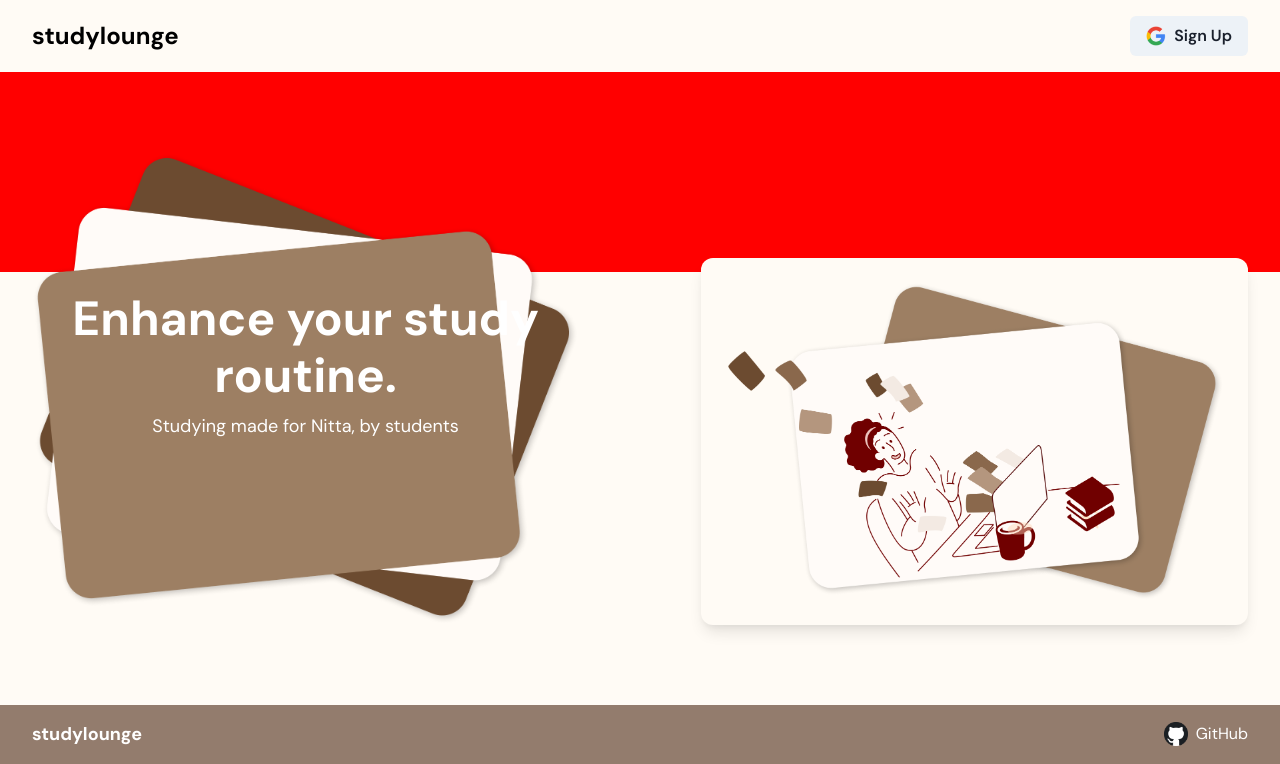
Repository: greg-chang/flashcard-website
Page: / (app in frontend/)
An editor plug-in stored every save of this project. The page is shown before and after the next save, followed by the edit.
The browser window is 1280 px wide. The pictures show the whole page.
The page's requests for data from a server got no answer. The project was rebuilt for these pictures with package versions that can differ from the ones it lists, and the page was loaded fresh each time. Some packages were replaced by stand-ins written for this rebuild. The framework's server and built-in components were replaced by stand-ins that run in the browser. No one was signed in, and anything a server would have sent is missing. Also part of the build but not shown: frontend/next.config.ts, frontend/src/components/Dashboard.tsx.

Above is the page before, as saved 2025-06-08 14:45:50.

After the next save:
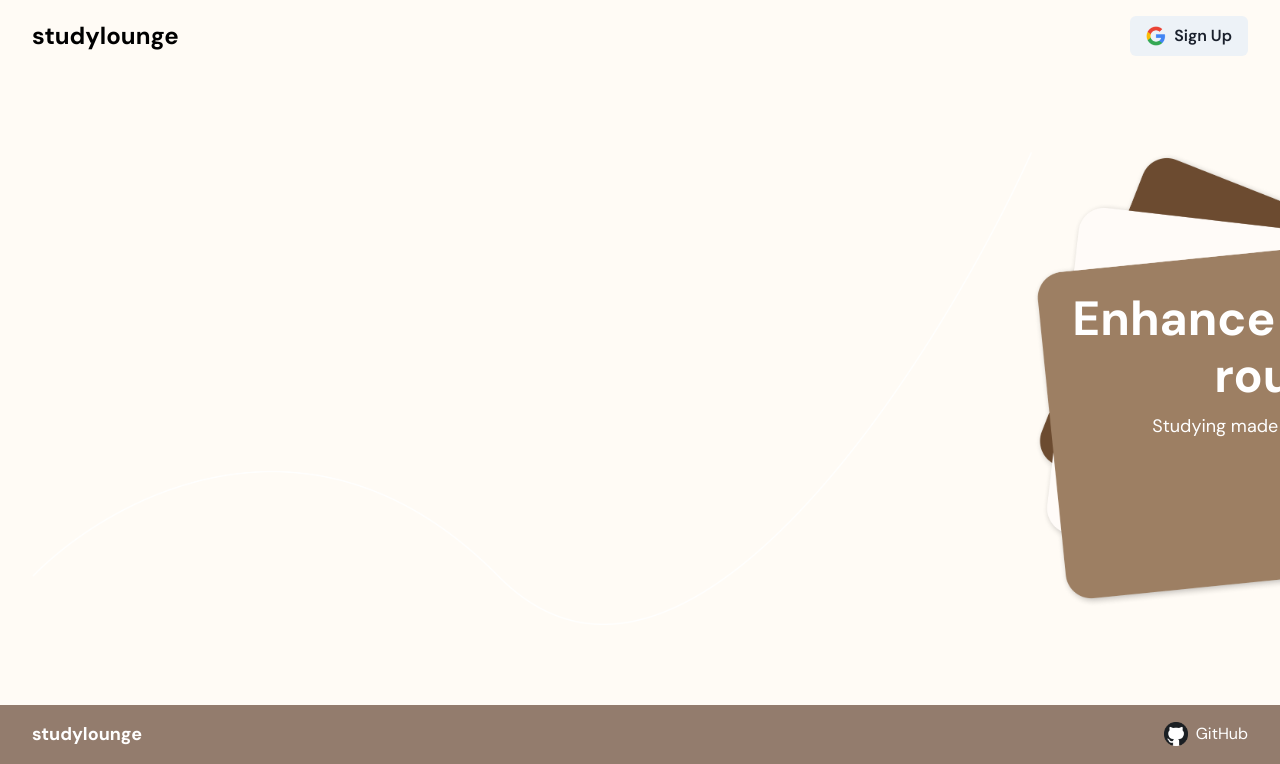
Saved 50 s later.
--- a/frontend/src/components/Homepage.tsx
+++ b/frontend/src/components/Homepage.tsx
@@ -39,21 +39,36 @@ export default function Homepage() {
         position="relative"
         overflow="hidden"
       >
-        {/* Background Wave */}
-        <Box
+        {/* Test Style Line as a direct Image component */}
+        <Image
+          src={StyleLine}
+          alt="Style Line Test"
+          width={1000}
+          height={100}
+          objectFit="contain"
+          position="absolute"
+          bottom="0"
+          left="0"
+          zIndex="0"
+          opacity="1"
+          style={{ filter: 'brightness(0) invert(1)' }}
+        />
+
+        {/* Background Wave - Placeholder for original Box */}
+        {/* <Box
           position="absolute"
           top="0"
           left="0"
           width="100%"
-          height="200px"
-          backgroundImage={`url(${StyleLine.src})`}
+          height="100%"
+          // backgroundImage={`url(${StyleLine.src})`}
           backgroundSize="contain"
           backgroundRepeat="no-repeat"
           backgroundPosition="center"
           zIndex="0"
-          opacity="1"
-          bg="red"
-        />
+          opacity="0.5"
+          // bg="red"
+        /> */}
 
         {/* Left Section: Grouped Cards Image */}
         <Box
